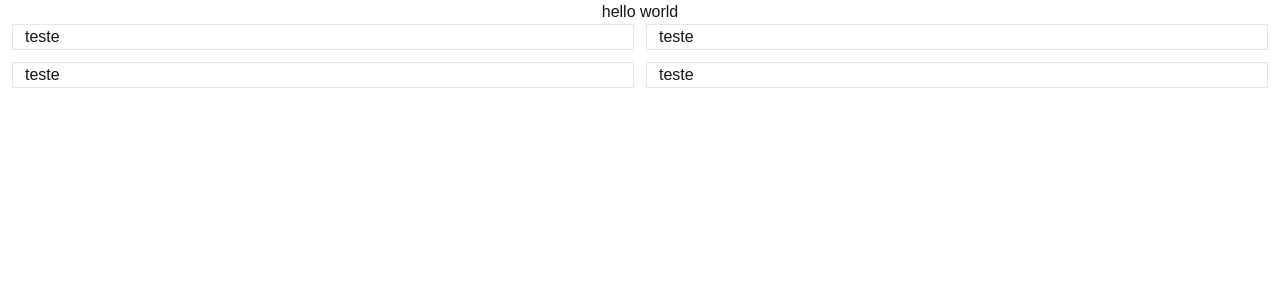
Repository: vitorbelluzzo/CountryInformationApp
Page: / (app in fe/)
The author's editor kept a copy of each file at every save. The page is drawn from the files as they stood at one save, then again after the next save.
The browser window is 1280 px wide. The pictures show the whole page.
The project was rebuilt for these pictures with package versions that can differ from the ones it lists, and the page was loaded fresh each time. The framework's server and built-in components were replaced by stand-ins that run in the browser. Also part of the build but not shown: fe/next.config.ts.

Above is the page before, as saved 2024-10-29 13:52:51.

### fe/src/app/page.tsx
// import { useEffect, useState } from "react";

// interface CountryProps {
//   countryCode: string;
//   name: string;
// }
export default function Home() {
  // const [countries, setCountries] = useState<CountryProps[]>([]);

  // useEffect(() => {
  //   const findCountries = async () => {
  //     const response = await fetch("http://localhost:3560/AvailableCountries");

  //     const data = response.json();

  //     if (Array.isArray(data)) {
  //       setCountries(data);
  //     } else {
  //       console.log("Data fetched is not an array", data);
  //     }
  //   };
  //   findCountries();
  // }, []);

  return (
    <div>
      <p className="text-center">hello world</p>
      <div className="grid grid-cols-2 px-3 gap-3">
        <div className="border h-auto w-auto text-start px-3">teste</div>
        <div className="border h-auto w-auto text-start px-3">teste</div>
        <div className="border h-auto w-auto text-start px-3">teste</div>
        <div className="border h-auto w-auto text-start px-3">teste</div>
      </div>
    </div>
  );
}

Loaded but not shown: fe/src/app/layout.tsx (common file); fe/src/app/globals.css (common file); fe/tailwind.config.ts (common file)

After the next save:
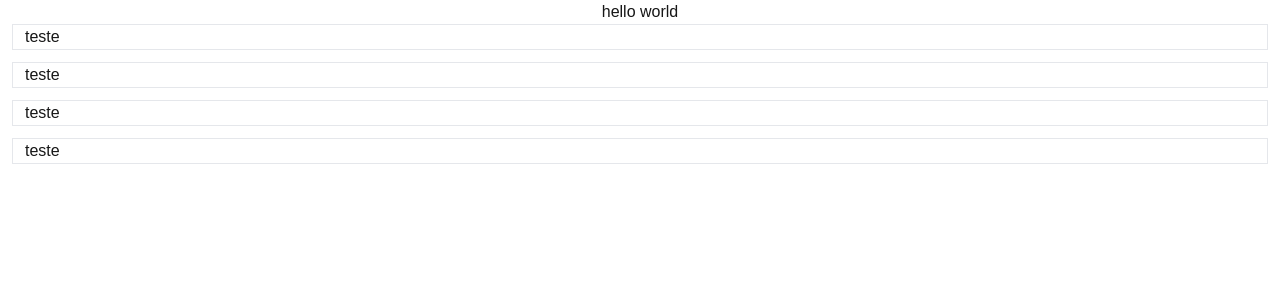
Saved 13 s later.
--- a/fe/src/app/page.tsx
+++ b/fe/src/app/page.tsx
@@ -25,7 +25,7 @@ export default function Home() {
   return (
     <div>
       <p className="text-center">hello world</p>
-      <div className="grid grid-cols-2 px-3 gap-3">
+      <div className="grid min-grid-cols-2 px-3 gap-3">
         <div className="border h-auto w-auto text-start px-3">teste</div>
         <div className="border h-auto w-auto text-start px-3">teste</div>
         <div className="border h-auto w-auto text-start px-3">teste</div>
